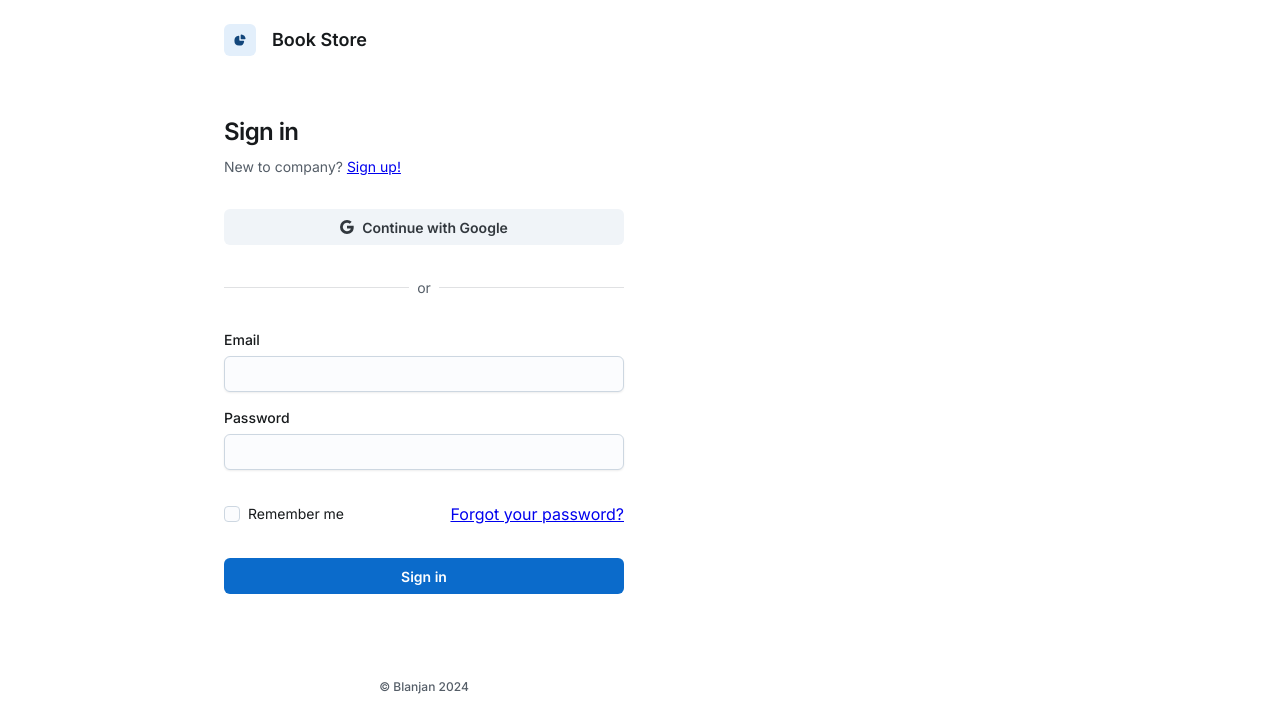
Repository: LaurentiusKevin/bookstore-fe
Page: /auth/login
These files come from the project's save history. The page is drawn as it stood at one moment and after the next save; the edit follows.
The browser window is 1280 px wide. The pictures show the whole page.
The project was rebuilt for these pictures with package versions that can differ from the ones it lists, and the page was loaded fresh each time. The framework's server and built-in components were replaced by stand-ins that run in the browser. Also part of the build but not shown: next.config.mjs.

Above is the page before, as saved 2024-04-07 00:52:50.

After the next save:
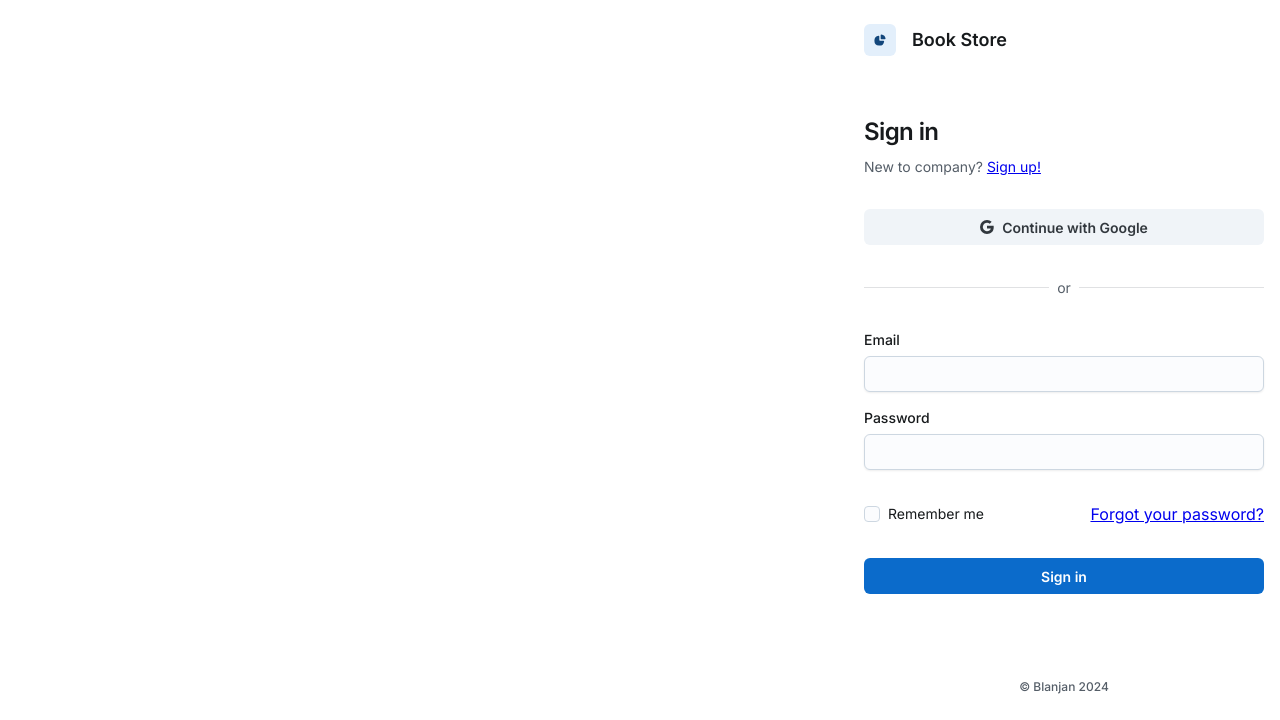
Saved 32 s later.
--- a/src/app/auth/login/page.tsx
+++ b/src/app/auth/login/page.tsx
@@ -63,8 +63,8 @@ export default function AuthSignIn() {
       />
       <Box
         sx={(theme) => ({
-          width:
-            "clamp(100vw - var(--Cover-width), (var(--Collapsed-breakpoint) - 100vw) * 999, 100vw)",
+          // width:
+          //   "clamp(100vw - var(--Cover-width), (var(--Collapsed-breakpoint) - 100vw) * 999, 100vw)",
           transition: "width var(--Transition-duration)",
           transitionDelay: "calc(var(--Transition-duration) + 0.1s)",
           position: "relative",
